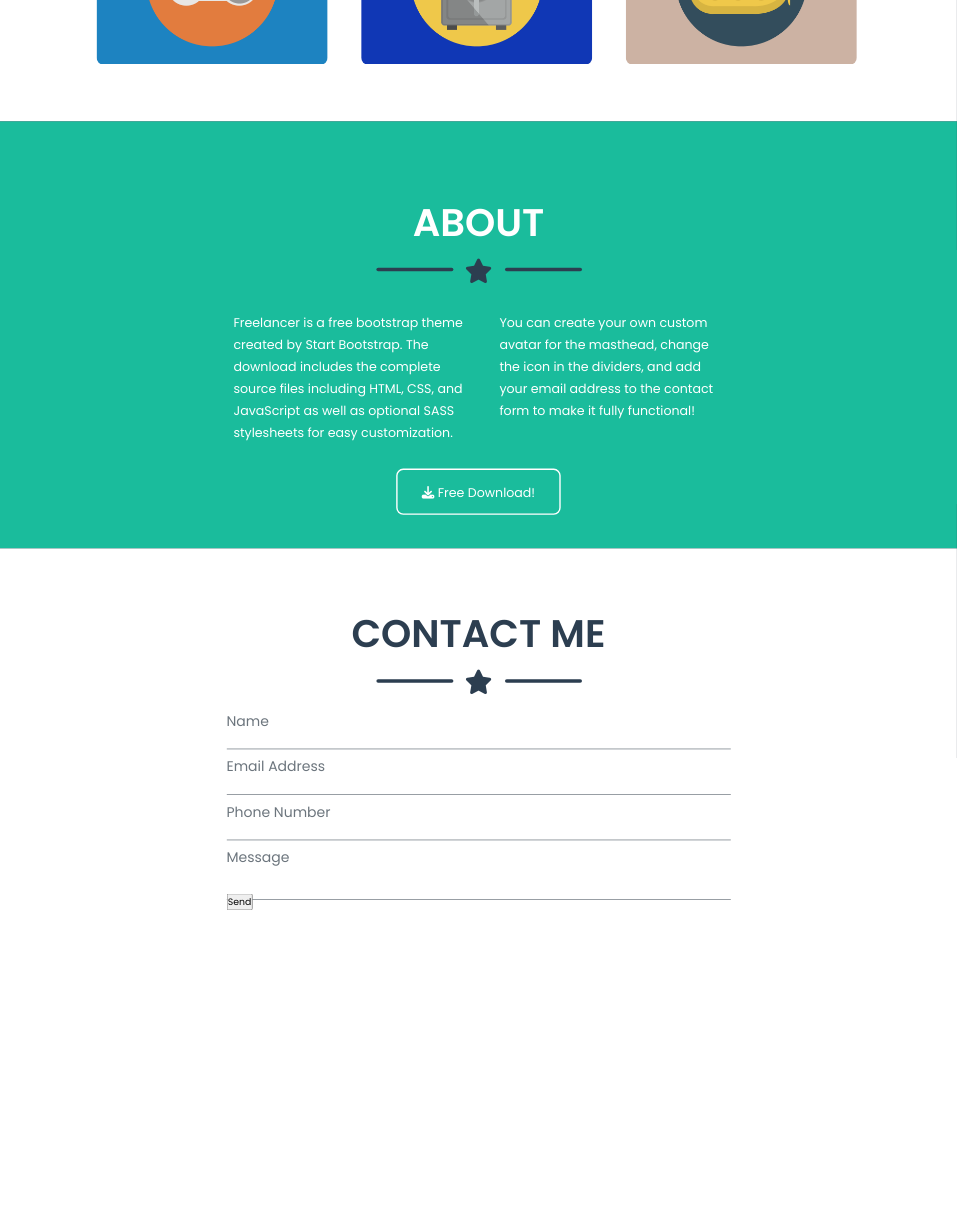
Repository: sSoRaK/web-cut-by-figma_train
Page: bai02/index.html
These files come from the project's save history. The page is drawn as it stood at one moment and after the next save; the edit follows.
The browser window is 1280 px wide. The page is 1367 px wide, so the pictures cover 1367 px, including what lies to the right of the window. The pictures show the part of the page from y = 1459 to 3219 px (the page is 3219 px tall), at 70% of full size.

Above is the page before, as saved 2023-06-02 14:34:21.

After the next save:
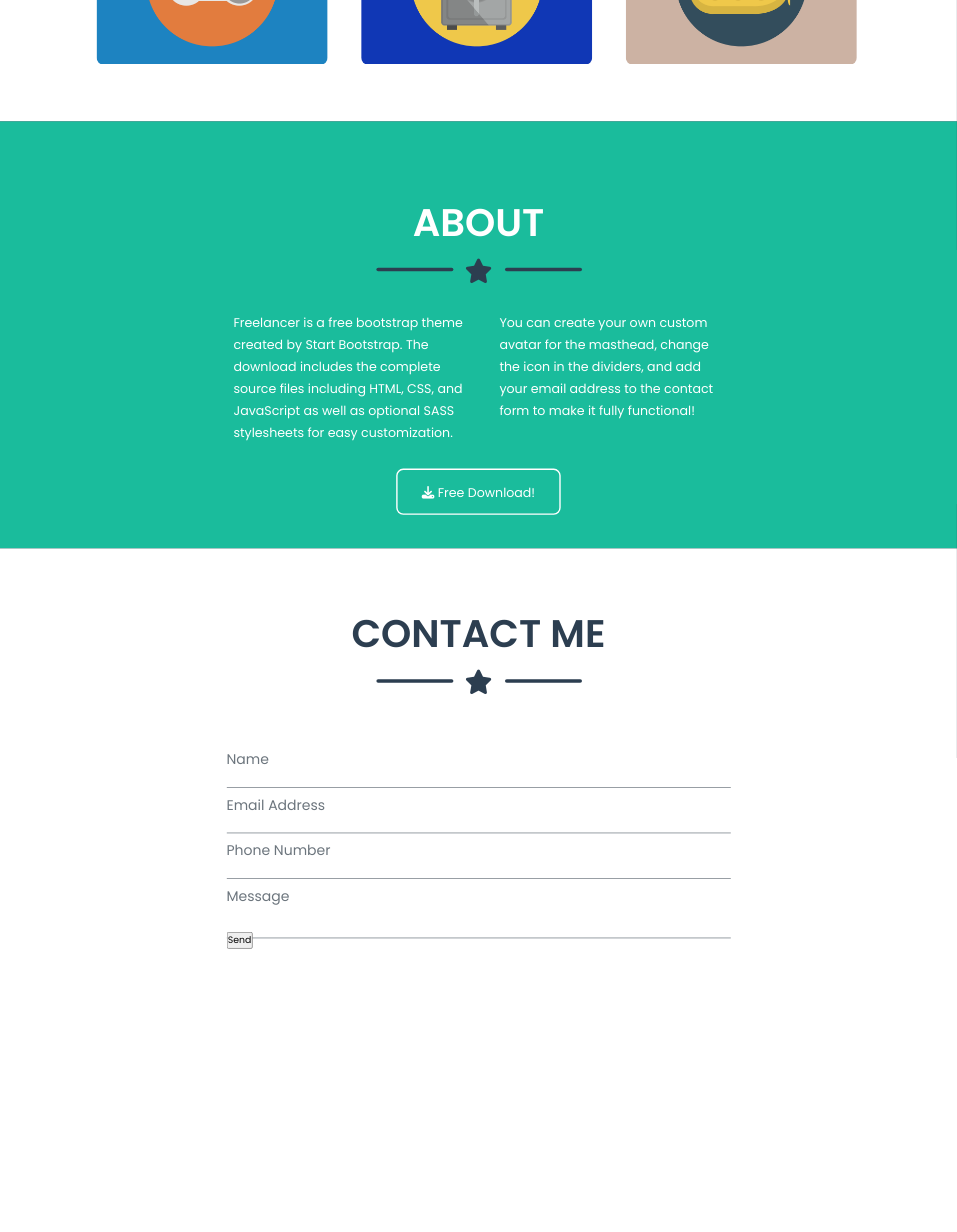
Saved 40 s later.
--- a/bai02/style.css
+++ b/bai02/style.css
@@ -181,7 +181,7 @@ ul li a {
 .form {
   width: 720px;
   height: 610px;
-  margin: 0 auto;
+  margin: 75px auto;
 }
 .block {
   width: 100%;
